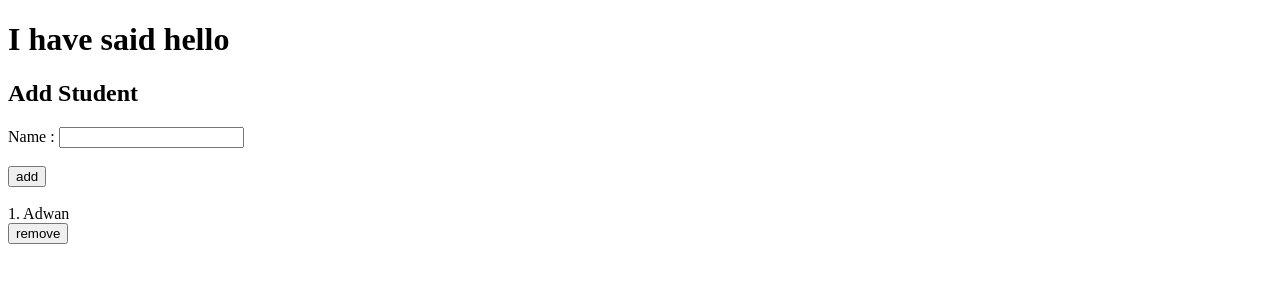
Repository: mistikel/Java-Servlet-3
Page: http://localhost/SampleServlet/Servlet
These files come from the project's save history. The page is drawn as it stood at one moment and after the next save; the edit follows.
The browser window is 1280 px wide. The pictures show the whole page.
The page is served by Tomcat 9. Other server files are loaded and not shown.

Above is the page before, as saved 2017-04-21 02:21:45.

### Java Servlet 3 Exercise/project4-exercise/SampleServlet/WebContent/hello.jsp
<%@ page language="java" contentType="text/html; charset=ISO-8859-1"
    pageEncoding="ISO-8859-1"%>
<!DOCTYPE html PUBLIC "-//W3C//DTD HTML 4.01 Transitional//EN" "http://www.w3.org/TR/html4/loose.dtd">
<html>
<head>
<meta http-equiv="Content-Type" content="text/html; charset=ISO-8859-1">
<title>Insert title here</title>
</head>
<body>
<%String hello = (String) session.getAttribute("greeting"); %>
<h1>I have said <%= hello %></h1>
<h2>Add Student</h2>
<form action="Servlet" method="post">
	Name : <input type="text" name="name">
	<br>
	<br>
	<input type="submit" name="add" value="add">
	<br>
	<br>
</form>
	1. Adwan
	<br>
	<input type="submit" name="remove" value="remove">

</body>
</html>

### Java Servlet 3 Exercise/project4-exercise/SampleServlet/src/com/mitrais/servlet/Servlet.java
package com.mitrais.servlet;

import java.io.IOException;
import javax.servlet.ServletException;
import javax.servlet.annotation.WebServlet;
import javax.servlet.http.HttpServlet;
import javax.servlet.http.HttpServletRequest;
import javax.servlet.http.HttpServletResponse;

/**
 * Servlet implementation class Servlet
 */
@WebServlet("/Servlet")
public class Servlet extends HttpServlet implements javax.servlet.Servlet {
	/**
	 *
	 */
	private static final long serialVersionUID = 1L;

	/**
	 * @see HttpServlet#doGet(HttpServletRequest request, HttpServletResponse response)
	 */
	protected void doGet(HttpServletRequest request, HttpServletResponse response) throws ServletException, IOException {
		request.getSession().setAttribute("greeting", "hello");
		request.getRequestDispatcher("/hello.jsp").forward(request, response);
	}

	@Override
	protected void doPost(HttpServletRequest req, HttpServletResponse resp) throws ServletException, IOException {
		System.out.println(req.getAttribute("name"));
	}
}

After the next save:
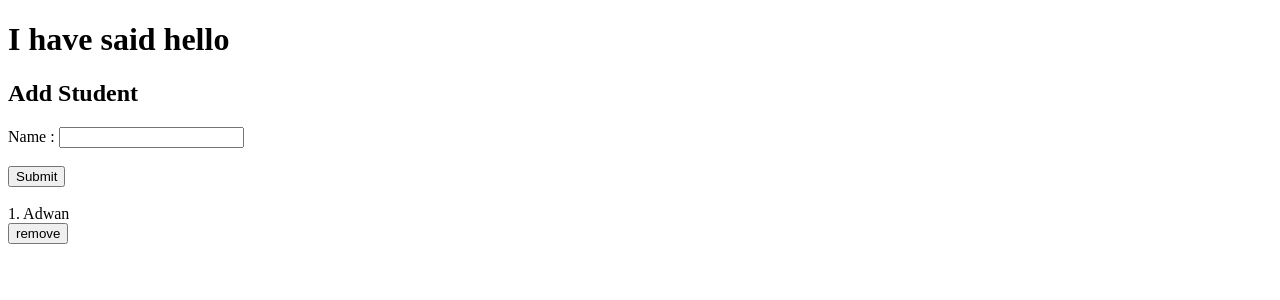
Saved 2 min 27 s later.
--- a/Java Servlet 3 Exercise/project4-exercise/SampleServlet/WebContent/hello.jsp
+++ b/Java Servlet 3 Exercise/project4-exercise/SampleServlet/WebContent/hello.jsp
@@ -14,7 +14,7 @@
 	Name : <input type="text" name="name">
 	<br>
 	<br>
-	<input type="submit" name="add" value="add">
+	<input type="submit" name="submit">
 	<br>
 	<br>
 </form>

After the save that followed:
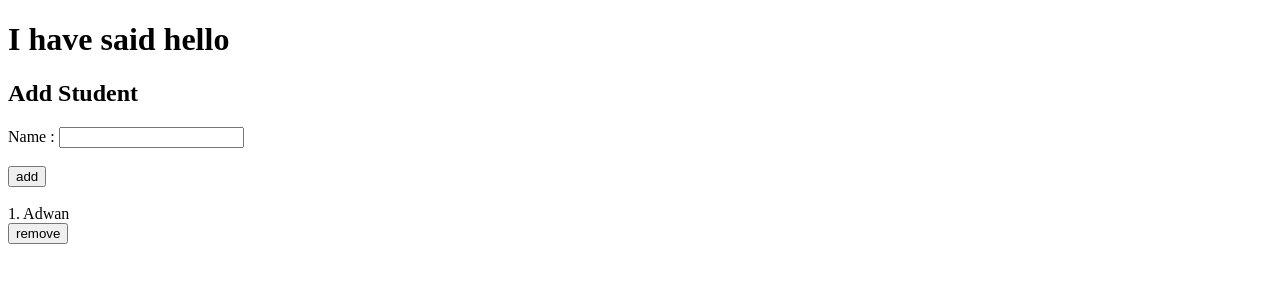
Saved 24 s later.
--- a/Java Servlet 3 Exercise/project4-exercise/SampleServlet/WebContent/hello.jsp
+++ b/Java Servlet 3 Exercise/project4-exercise/SampleServlet/WebContent/hello.jsp
@@ -14,7 +14,7 @@
 	Name : <input type="text" name="name">
 	<br>
 	<br>
-	<input type="submit" name="submit">
+	<input type="submit" name="submit" value="add">
 	<br>
 	<br>
 </form>
